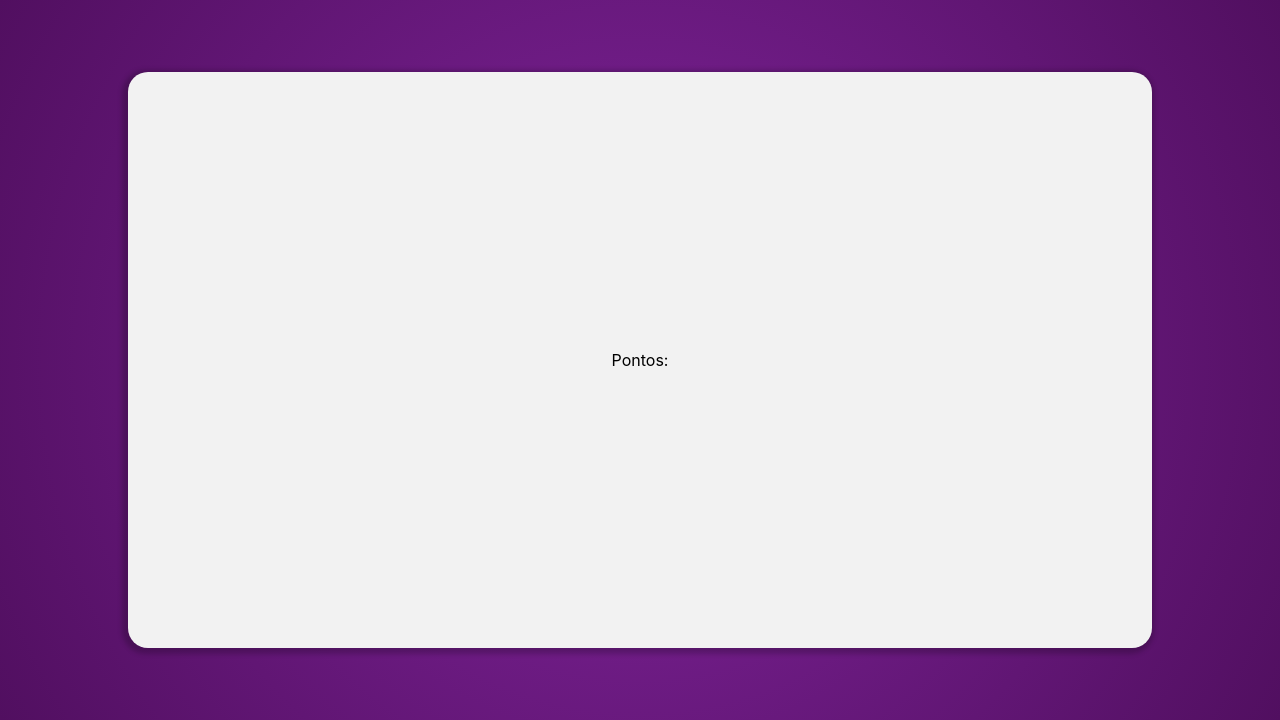
Repository: gabrielejandres/bd-final-project
Page: /play (app in frontend/)
An editor plug-in stored every save of this project. The page is shown before and after the next save, followed by the edit.
The browser window is 1280 px wide. The pictures show the whole page.
The project was rebuilt for these pictures with package versions that can differ from the ones it lists, and the page was loaded fresh each time. Also part of the build but not shown: frontend/src/App.css, frontend/src/components/Button/index.jsx, frontend/src/components/Logo/style.css, frontend/src/components/Logo/index.jsx, frontend/src/components/Footer/Login/index.jsx, frontend/src/pages/Login/index.jsx, frontend/src/components/Footer/Home/style.css, frontend/src/components/Footer/Home/index.jsx and 1 more.

Above is the page before, as saved 2022-03-05 21:24:29.

After the next save:
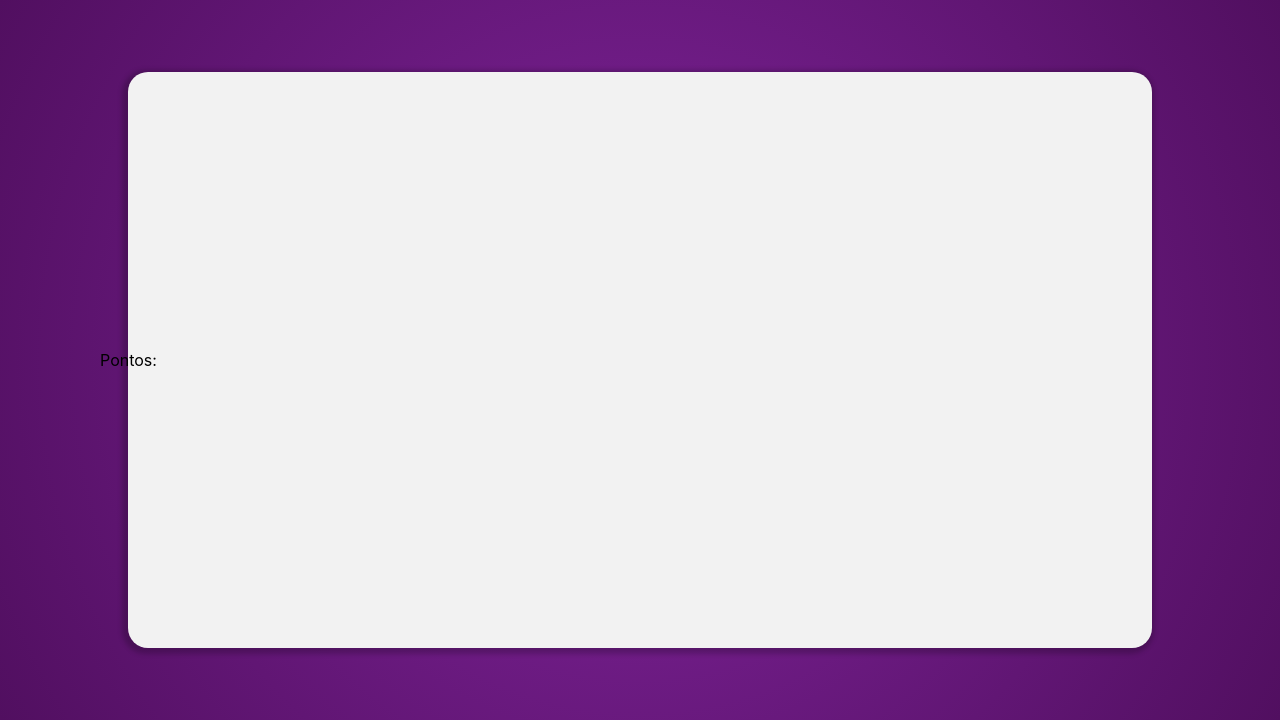
Saved 8 s later.
--- a/frontend/src/pages/Play/style.css
+++ b/frontend/src/pages/Play/style.css
@@ -12,4 +12,5 @@
 
 .score{
   position: absolute;
+  left: 100px
 }
